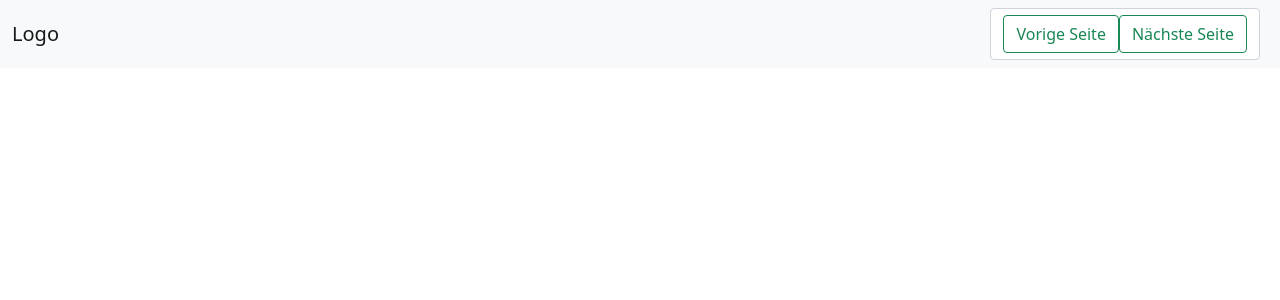
Repository: stephane71183101/Stephane-Personal-Health-Survey
Page: http://localhost/form-q01-start-page.php
These files come from the project's save history. The page is drawn as it stood at one moment and after the next save; the edit follows.
The browser window is 1280 px wide. The pictures show the whole page.
The page is run by PHP 8.4 with error messages shown; the project is at /var/www/html/.

Above is the page before, as saved 2022-03-15 14:28:02.

### form-q01-start-page.php
<!DOCTYPE html>
<html lang="en">
<head>
    <meta charset="UTF-8">
    <meta http-equiv="X-UA-Compatible" content="IE=edge">
    <meta name="viewport" content="width=device-width, initial-scale=1.0">
    <title>Document</title>
    <link href="https://cdn.jsdelivr.net/npm/bootstrap@5.1.3/dist/css/bootstrap.min.css" rel="stylesheet" integrity="sha384-1BmE4kWBq78iYhFldvKuhfTAU6auU8tT94WrHftjDbrCEXSU1oBoqyl2QvZ6jIW3" crossorigin="anonymous">
    <script src="https://cdn.jsdelivr.net/npm/bootstrap@5.1.3/dist/js/bootstrap.bundle.min.js" integrity="sha384-ka7Sk0Gln4gmtz2MlQnikT1wXgYsOg+OMhuP+IlRH9sENBO0LRn5q+8nbTov4+1p" crossorigin="anonymous"></script>
</head>

<header>
<nav class="navbar navbar-expand-lg navbar-light bg-light">
  <div class="container-fluid">
    <a class="navbar-brand" href="#">Logo</a>
        <div class="nav justify-content-end" id="navbarNav">
    <form class="d-flex form-control me-2">
      <button class="btn btn-outline-success" type="submit">Vorige Seite</button>
      <button class="btn btn-outline-success" type="submit">Nächste Seite</button>
    </form>
    </div>
  </div>
</nav>

</header>

<body>

</body>

<footer>
</footer>

</html>

After the next save:
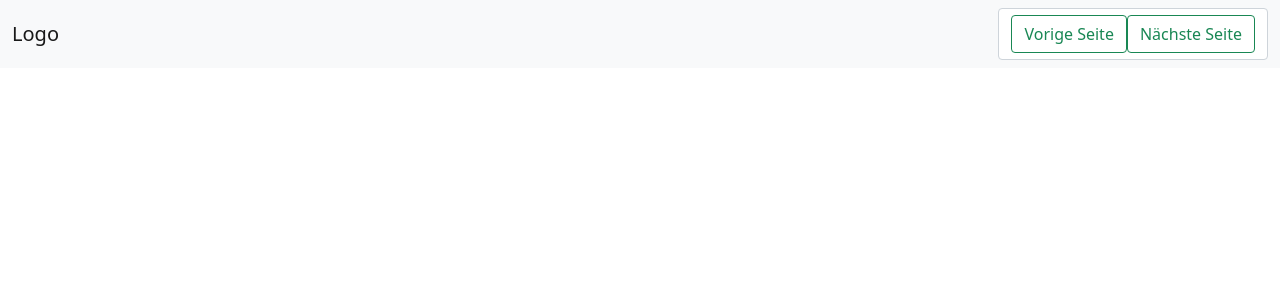
Saved 15 s later.
--- a/form-q01-start-page.php
+++ b/form-q01-start-page.php
@@ -14,7 +14,7 @@
   <div class="container-fluid">
     <a class="navbar-brand" href="#">Logo</a>
         <div class="nav justify-content-end" id="navbarNav">
-    <form class="d-flex form-control me-2">
+    <form class="d-flex form-control">
       <button class="btn btn-outline-success" type="submit">Vorige Seite</button>
       <button class="btn btn-outline-success" type="submit">Nächste Seite</button>
     </form>
